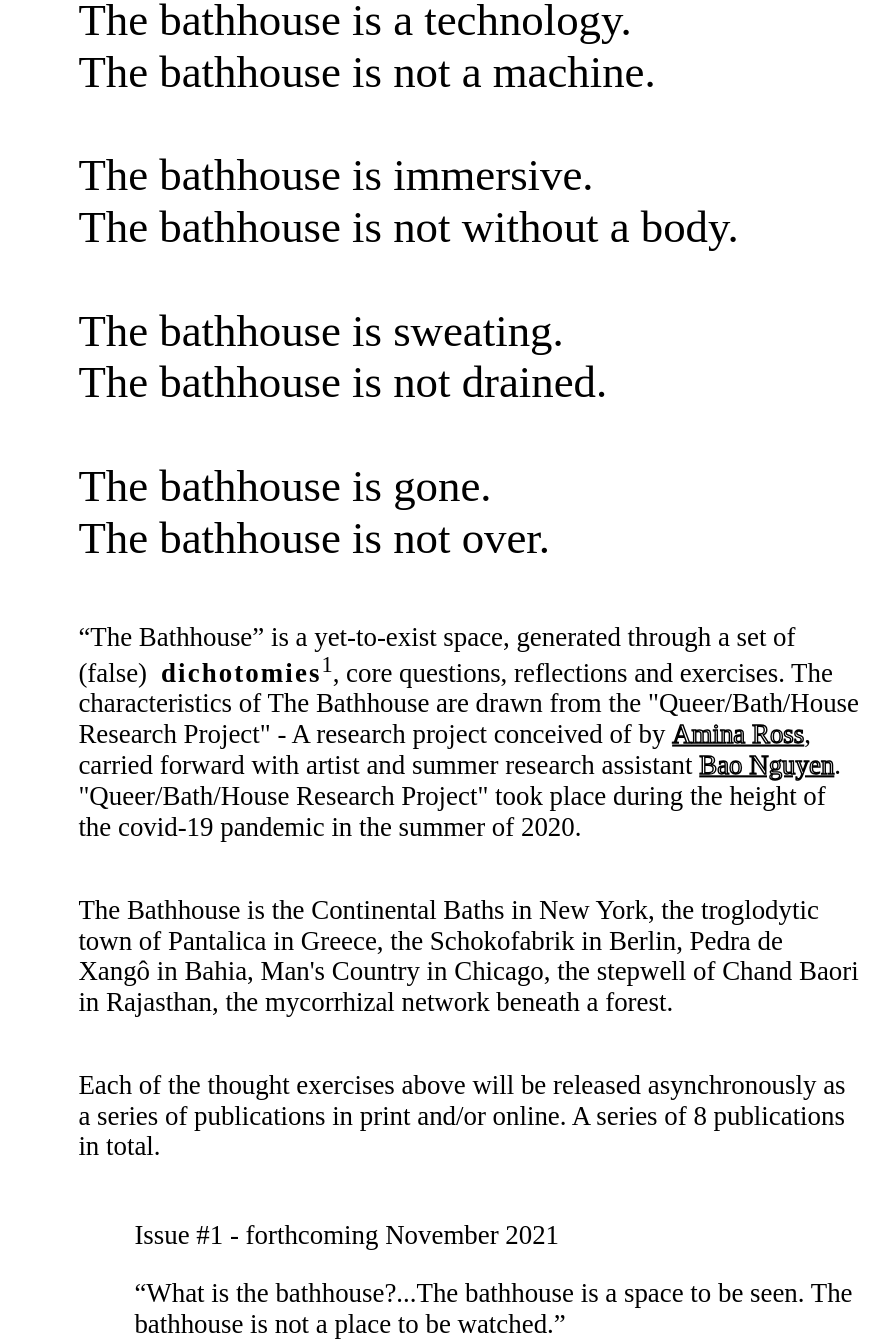
Repository: ayoungblood2/bathhouse.online
Page: index.html
These files come from the project's save history. The page is drawn as it stood at one moment and after the next save; the edit follows.
The browser window is 1280 px wide. The pictures show the part of the page from y = 1382 to 3302 px (the page is 4117 px tall), at 70% of full size.
An inner scrolling area shows only its first screen. Backgrounds fixed to the window are drawn as part of the page. Some web fonts or font styles are not loaded; a fallback is used.

Above is the page before, as saved 2021-10-16 17:19:56.
Not found: js/layout_main.js
Not found: js/three_main.js
Not found: style.css

### index.html
<!DOCTYPE html>
<html>

<head>
    <meta charset="UTF-8">
    <meta name="viewport" content="width=device-width, initial-scale=1.0, maximum-scale=1.0, user-scalable=no" />
    <title>bathhouse.online</title>
    <link rel="apple-touch-icon" sizes="180x180" href="/apple-touch-icon.png">
    <link rel="icon" type="image/png" sizes="32x32" href="/favicon-32x32.png">
    <link rel="icon" type="image/png" sizes="16x16" href="/favicon-16x16.png">
    <link rel="manifest" href="/site.webmanifest">
    <link rel="stylesheet" href="style.css">
    <script src="http://code.jquery.com/jquery-1.12.0.min.js"></script>
    <link rel='dns-prefetch' href='//ajax.googleapis.com' />
    <meta name="keywords" content="Amina Ross, Avery Youngblood">
    <meta name="author" content="Avery Youngblood">
    <script type="text/javascript" src="./js/layout_main.js"></script>
    <script type="text/javascript" src="./js/three_main.js"></script>

    <style>
        @font-face {
            font-family: Avenir Next Heavy;
            src: url(fonts/AvenirNext.ttc);
        }

        body,
        html {
            height: 100%;
            width: 100%;
            margin: 0;
            overflow-x: hidden;
        }

        *,
        *:before,
        *:after {
            box-sizing: inherit;
        }

        .bg {

            /* background-image: url('images/20211010224425098.gif'); */


            /* Full height */
            height: 100%;

            /* Center and scale the image nicely */
            background-position: center;
            background-repeat: no-repeat;
            background-size: cover;
            position: relative;
            top: 0;
            left: 0;

            /* padding: 100px; */

            font-family: "Avenir Next Heavy";

        }




        .txt {
            position: absolute;
            top: 60px;
            left: 80px;
            font-family: "Avenir Next Heavy";
        }

        h1 {
            font-size: 10vw;
            text-align: center;
        }

        p {
            font-size: 3vw;
        }

        .parallax {
            /* The image used */
            background-image: url('images/20211010224425098.gif');

            /* Full height */
            height: 100%;

            /* Create the parallax scrolling effect */
            background-attachment: fixed;
            background-position: center;
            background-repeat: no-repeat;
            background-size: cover;
        }

        .container {
            padding: 10px;
            width: 2em;
        }

        .item {
            width: 50%;
            width: fit-content;
            padding: 5px;
            margin-bottom: 1em;
        }


        @media only screen and (max-width:900px) {
            h1 {
                font-size: 8vw;
            }

            .bg {
                padding: 0px;
            }

            p {
                font-size: 2vw;
            }
        }

        .top {
            padding: 1em;
            /* display: grid; */
            /* grid-gap: 3em; */
            grid-template-columns: repeat(1, 250px);
        }

        .quote {
            padding: 1em;
            /* border-radius: .3em; */
            /* box-shadow: 10px 10px 30px rgba(0, 0, 0, 0.1); */
        }

        p {
            margin-top: 0;
            margin-right: 20px;
            font-size: 3vw;
        }

        span {
            font-weight: bold;
            position: relative;
            margin-left: 20px;
        }

        :before {
            content: '';
            position: fixed;
            height: 1px;
            width: 20px;
            /* border-bottom: 1px solid black; */
            top: 20px;
        }




        @media(min-width:950px) {
            .top {
                grid-template-columns: repeat(2, 250fr);
            }
        }

        .tab {
            margin-left: 80px;
        }

        footer {
            margin-top: 50px;
            border-top: 5px solid black;
            font-size: 2vw;
        }

        footer ol {
            padding-left: 20px;
        }

        /**
 * Initialiazing a `footnotes` counter on the wrapper
 */
        article {
            counter-reset: footnotes;
        }

        /**
 * Inline footnotes references
 * 1. Increment the counter at each new reference
 * 2. Reset link styles to make it appear like regular text
 */
        [aria-describedby="footnote-label"] {
            counter-increment: footnotes;
            /* 1 */
            text-decoration: none;
            /* 2 */
            color: inherit;
            /* 2 */
            cursor: default;
            /* 2 */
            outline: none;
            /* 2 */
        }

        /**
 * Actual numbered references
 * 1. Display the current state of the counter (e.g. `[1]`)
 * 2. Align text as superscript
 * 3. Make the number smaller (since it's superscript)
 * 4. Slightly offset the number from the text
 * 5. Reset link styles on the number to show it's usable
 */
        [aria-describedby="footnote-label"]::after {
            content: '['counter(footnotes) ']';
            /* 1 */
            vertical-align: super;
            /* 2 */
            font-size: 0.5em;
            /* 3 */
            margin-left: 2px;
            /* 4 */
            color: blue;
            /* 5 */
            text-decoration: underline;
            /* 5 */
            cursor: pointer;
            /* 5 */
        }

        /**
 * Resetting the default focused styles on the number
 */
        [aria-describedby="footnote-label"]:focus::after {
            outline: thin dotted;
            outline-offset: 2px;
        }

        [aria-label="Back to content"] {
            font-size: 0.8em;
        }

        /**
 * Highlight target note
 */
        footer :target {
            background: yellow;
        }

        /**
 * Visually hidden yet accessible content
 */
        .visually-hidden {
            position: absolute;
            clip: rect(0 0 0 0);
            visibility: hidden;
            opacity: 0;
        }
    </style>

<body>


    <div class="parallax"></div>

    <div class="bg"></div>

    <div class="txt">

        <h1>bathhouse.online</h1>



        <div class="top">
            <div class="quote">

                <p style="font-size: 5vw;">

                    The bathhouse is safe. <br>The bathhouse is not secure.<br><br>
                    The bathhouse is a space to be seen. <br>The bathhouse is not a place to be watched.<br><br>
                    The bathhouse is sensual. <br>The bathhouse is not unspiritual.<br><br>
                    The bathhouse is a space for meaningful work. <br>The bathhouse is not a workplace.<br><br>
                    The bathhouse is a technology. <br>The bathhouse is not a machine.<br><br>
                    The bathhouse is immersive. <br>The bathhouse is not without a body.<br><br>
                    The bathhouse is sweating. <br>The bathhouse is not drained.<br><br>
                    The bathhouse is gone. <br>The bathhouse is not over.<br>
                </p>

                <br>

                <p>
                    “The Bathhouse” is a yet-to-exist space, generated through a set of (false)<span
                        style="letter-spacing: 3px;">dichotomies</span><sup>1</sup>,
                    core questions, reflections and exercises. The characteristics of The Bathhouse are drawn from the
                    "Queer/Bath/House Research Project" - A research project conceived of by <a
                        style="color: white; -webkit-text-stroke: 2px black;" href=aminaross.com>Amina
                        Ross</a>, carried forward with artist and summer research assistant <a
                        style="color: white; -webkit-text-stroke: 2px black;" href=https://nguyenbao.myportfolio.com>
                        Bao Nguyen</a>. "Queer/Bath/House Research Project" took place during the
                    height of the covid-19 pandemic in the summer of 2020.

                </p>
                <br> <br>
                <p>
                    The Bathhouse is the Continental Baths in New York, the troglodytic town of Pantalica in Greece, the
                    Schokofabrik in Berlin, Pedra de Xangô in Bahia, Man's Country in Chicago, the stepwell of Chand
                    Baori in Rajasthan, the mycorrhizal network beneath a forest.


                </p>
                <br> <br>
                <p>
                    Each of the thought exercises above will be released asynchronously as a series of publications in
                    print and/or online. A series of 8 publications in total.<br><br>
                <p class="tab">Issue #1 - forthcoming November 2021</p>
                <p class="tab">“What is the bathhouse?...The bathhouse is a space to be seen. The bathhouse is not a
                    place to be
                    watched.”</p>
                </p>
                <br> <br>
                <p>
                    Issue #1 will be released in conjunction with <a
                        style="color: white; -webkit-text-stroke: 2px black;" href=https://icebergchicago.com>“Man’s
                        Country,”</a> an exhibition by artist Amina Ross at Iceberg Projects in Chicago, IL
                </p>
                <br> <br>
                <p>

                <p class="tab"><a style="color: white; -webkit-text-stroke: 2px black;"
                        href=https://forms.gle/NMAofWzGxNe4W74i9>Sign up</a> to be notified when copies become
                    available.</p>

                </p>
                <br> <br>
                <p>
                    Each publication is a <span style="letter-spacing: 3px;">blueprint</span><sup>2</sup>, a <span
                        style="letter-spacing: 3px;">simulator</span><sup>3</sup>, a thought <span
                        style="letter-spacing: 3px;">experiment</span><sup>4</sup>. An exercise in imagining an
                    “Elsewhere” inspired by a sprawling set of places that did or do exist. These spaces are sometimes
                    literally subterranean, underground, spaces for collective being-together, exploration of self and
                    other and transformation on the spiritual and social planes. These places exist at the intersection
                    of the spiritual, the sexual, the sacred, the profane, the personal and the political.

                </p>
                <br> <br>

            </div>


        </div>

    </div>

    <footer>

        <ol>
            <li id="footnotes"><a style="-webkit-text-stroke: 2px black;"
                    href=https://www.lexico.com/en/definition/dichotomy>“a division or contrast between two things that
                    are or are represented as
                    being opposed or entirely different.”</a>
            </li>

            <li id="css"><a style="-webkit-text-stroke: 2px black;"
                    href=https://www.merriam-webster.com/dictionary/blueprint#:~:text=Blueprint%20%7C%20Definition%20of%20Blueprint%20by%20Merriam%2DWebster>"
                    a photographic print in white on a bright blue ground or blue on a white ground
                    used especially for copying maps, mechanical drawings, and architects' plans"</a>
            </li>

            <li id="css-counters"><a style="-webkit-text-stroke: 2px black;"
                href=https://www.merriam-webster.com/dictionary/simulator>"a device that enables the operator to reproduce or represent under test
                conditions phenomena likely to occur in actual performance"</a>
            </li>
        </ol>
    </footer>


</body>

<script>
    $(function () {
        var previousScroll = 0;
        $(window).scroll(function (event) {
            var scroll = $(this).scrollTop();
            var heading = $('.parallax');

            if (scroll > 600) {
                console.log('scrolling down');
                heading.fadeIn("slow", function () {
                    heading.css('opacity', '0.4');
                });
            } else {
                heading.fadeIn("slow", function () {
                    heading.css('opacity', '1');
                });
            }
            previousScroll = scroll;
        });
    })
</script>
</head>

</html>

After the next save:
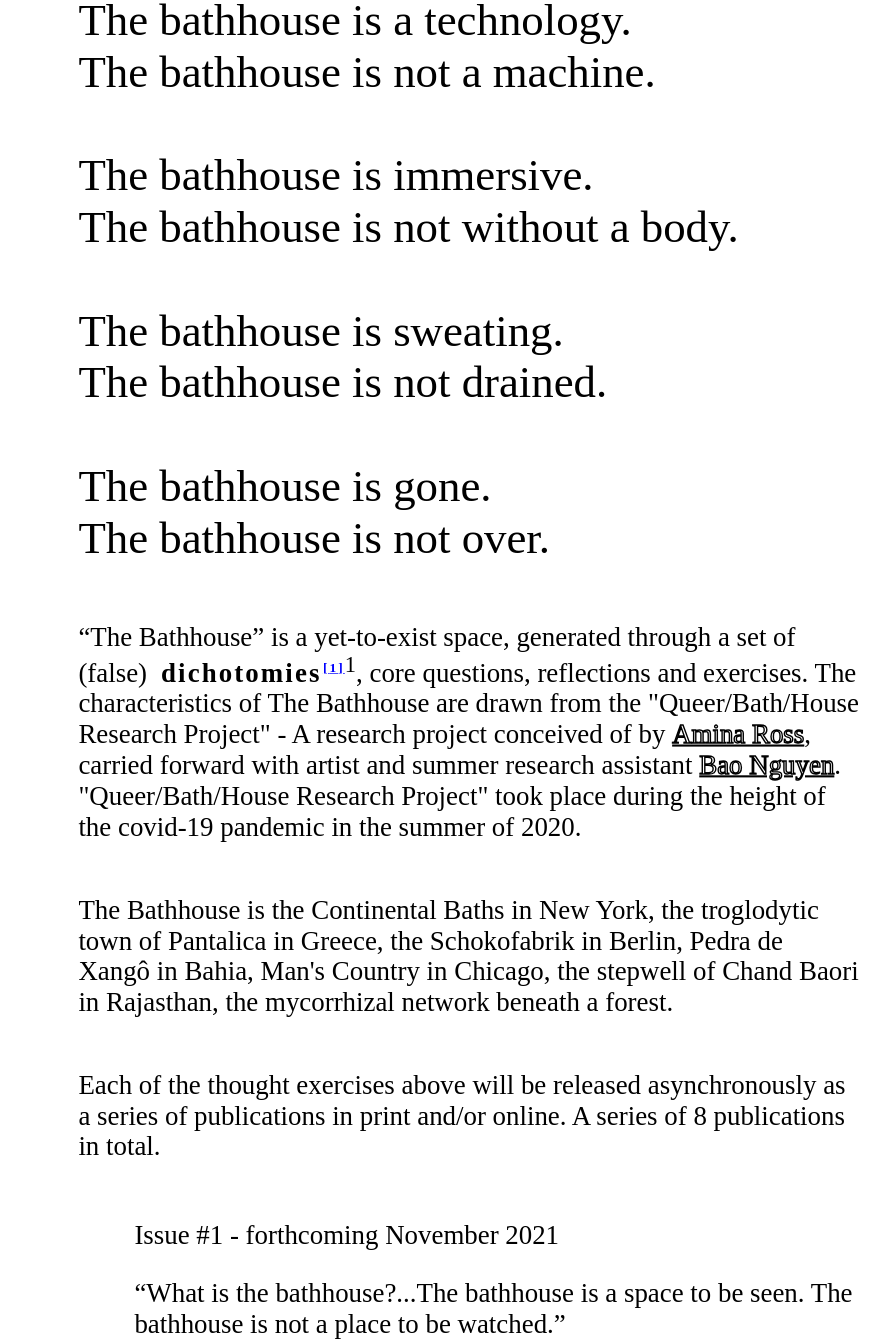
Saved 61 s later.
--- a/index.html
+++ b/index.html
@@ -288,7 +288,7 @@
 
                 <p>
                     “The Bathhouse” is a yet-to-exist space, generated through a set of (false)<span
-                        style="letter-spacing: 3px;">dichotomies</span><sup>1</sup>,
+                        style="letter-spacing: 3px;"><a href="#footnotes" aria-describedby="footnote-label" id="footnotes-ref">dichotomies</a></span><sup>1</sup>,
                     core questions, reflections and exercises. The characteristics of The Bathhouse are drawn from the
                     "Queer/Bath/House Research Project" - A research project conceived of by <a
                         style="color: white; -webkit-text-stroke: 2px black;" href=aminaross.com>Amina
